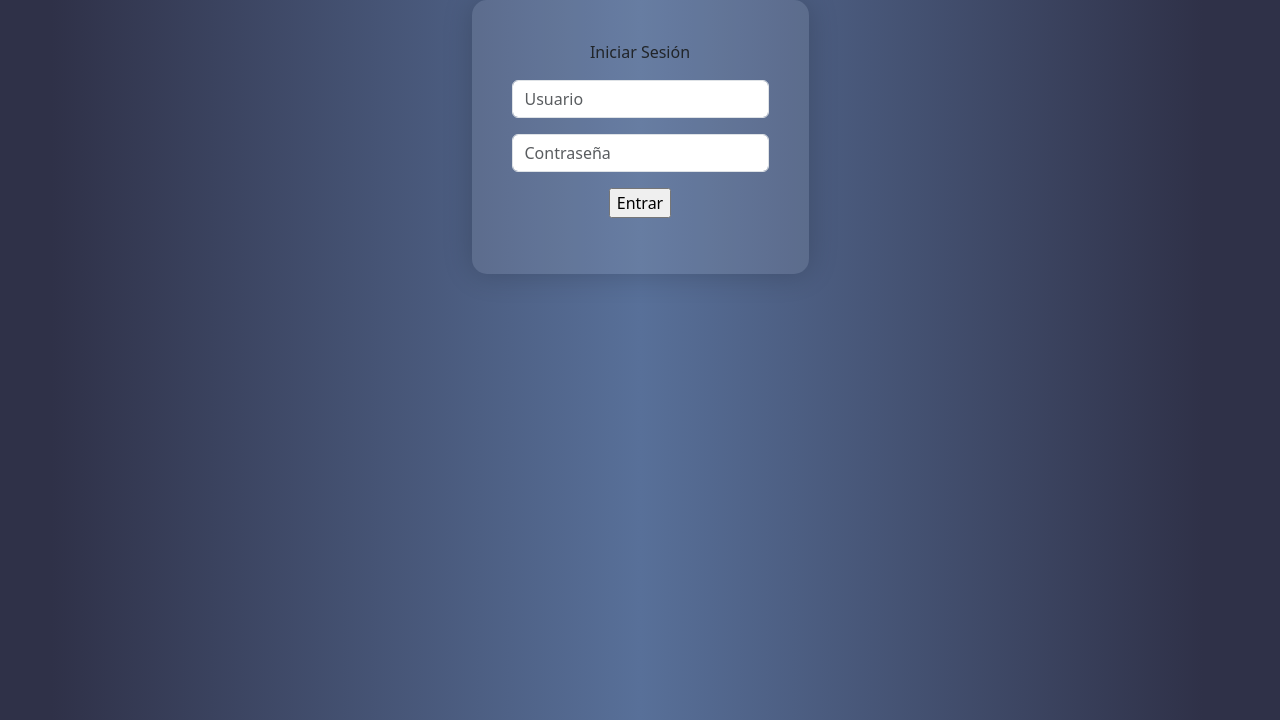
Repository: ingandresmolero/AdministrativoBarber
Page: http://localhost/
These files come from the project's save history. The page is drawn as it stood at one moment and after the next save; the edit follows.
The browser window is 1280 px wide. The pictures show the whole page.
The page is run by PHP 8.4 with error messages shown; the project is at /var/www/html/. Style sheets and scripts are compiled from the project's sources, by tool versions that may differ from the author's.

Above is the page before, as saved 2023-05-02 21:13:12.

After the next save:
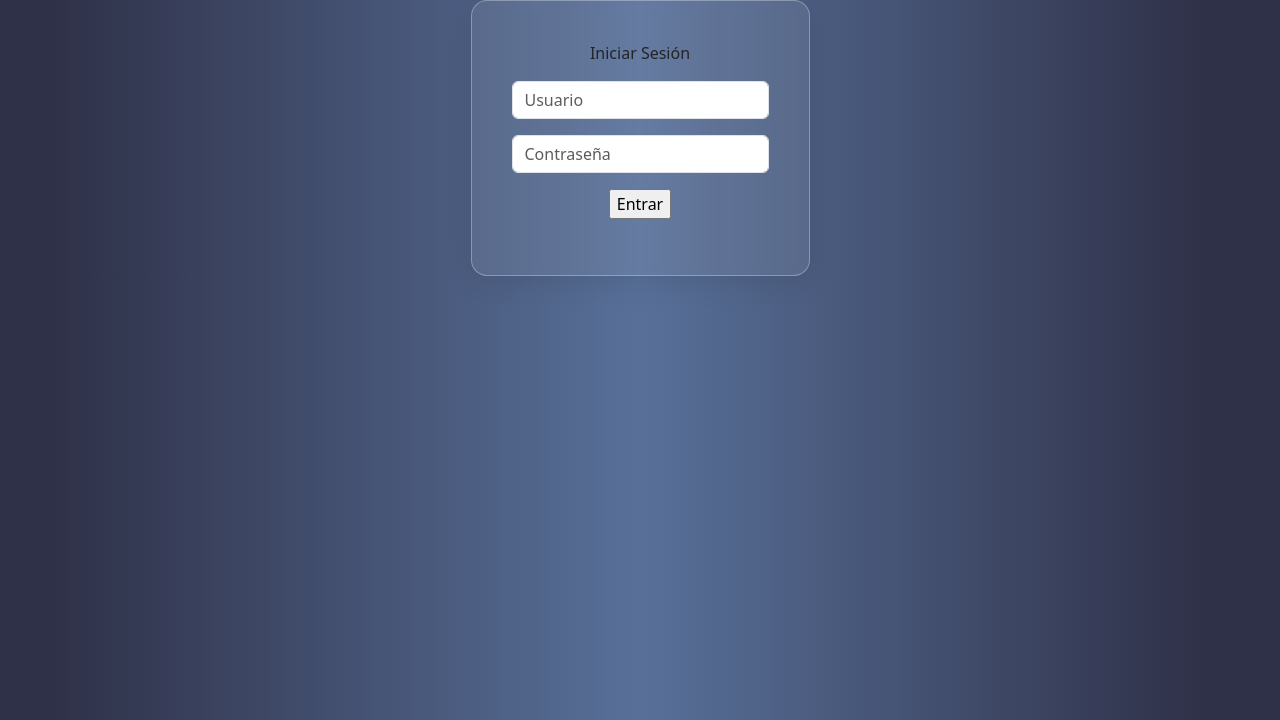
Saved 2 min 45 s later.
--- a/NEW/scss/components/login-page.scss
+++ b/NEW/scss/components/login-page.scss
@@ -8,12 +8,14 @@
         width: fit-content;
         margin: 0 auto;
         background-color: rgba(255,255,255,.09);
-        //border: solid 2px #fff;
-        border-radius: 15px;
         padding: 40px;
         text-align: center;
-        box-shadow: 0 0 30px rgba(0,0,0,.20);
-
+        background: rgba(255, 255, 255, 0.08);
+        border-radius: 16px;
+        box-shadow: 0 4px 30px rgba(0, 0, 0, 0.1);
+        backdrop-filter: blur(5px);
+        -webkit-backdrop-filter: blur(5px);
+        border: 1px solid rgba(255, 255, 255, 0.3);
     }
 
     .box form {
